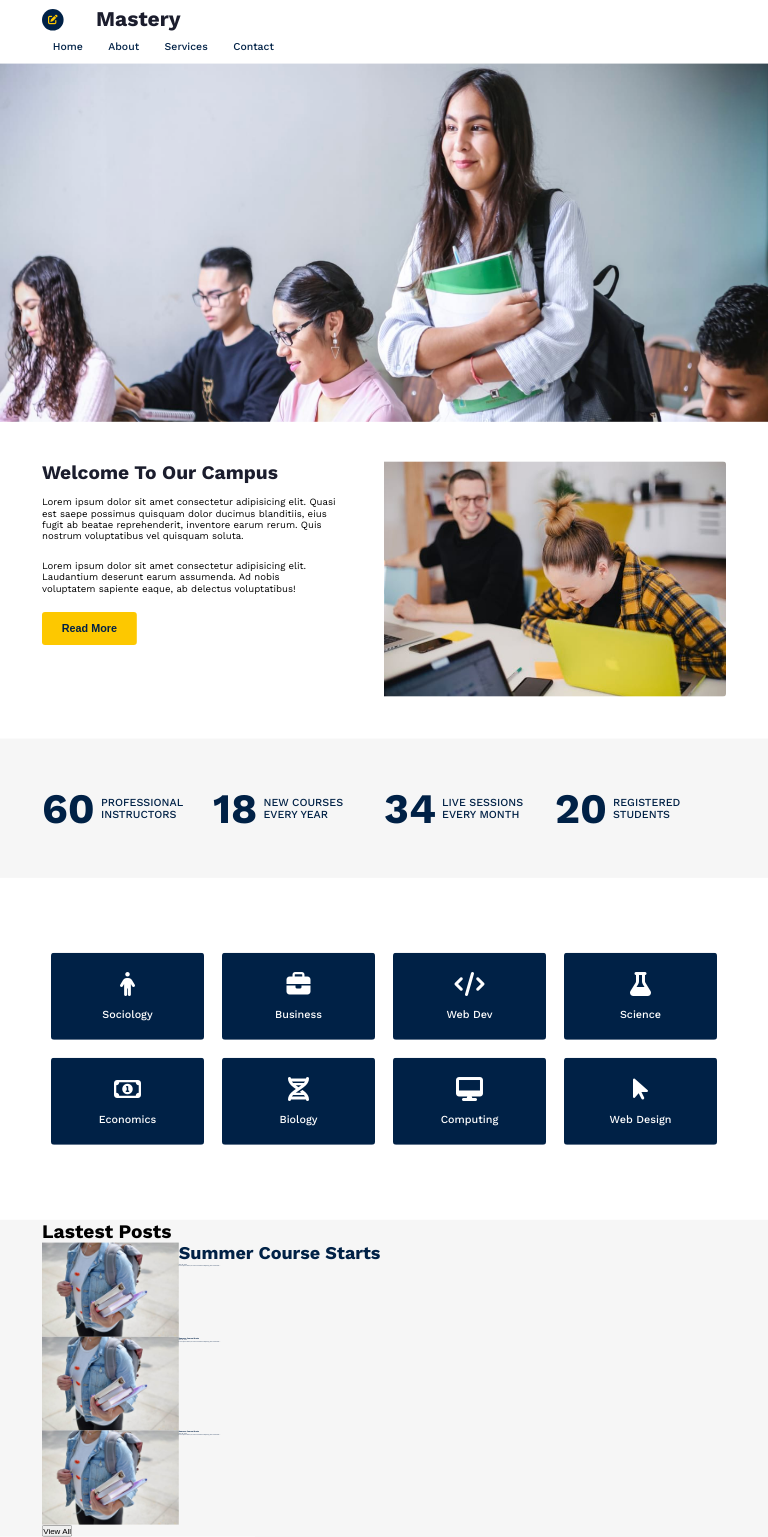
Repository: giahuy405/BC38__Mastery__Pham_Gia_Huy
Page: index.html
An editor plug-in stored every save of this project. The page is shown before and after the next save, followed by the edit.
The browser window is 1280 px wide. The pictures show the whole page, at 60% of full size.

Above is the page before, as saved 2022-09-10 01:16:04.

### index.html
<!DOCTYPE html>
<html lang="en">
<head>
    <meta charset="UTF-8">
    <meta http-equiv="X-UA-Compatible" content="IE=edge">
    <meta name="viewport" content="width=device-width, initial-scale=1.0">
    <title>Document</title>
    <link href="https://fonts.googleapis.com/css2?family=Montserrat:wght@300;400;500;700;900&family=Work+Sans:wght@300;400;500;700&display=swap" rel="stylesheet">
    <link rel="stylesheet" href="https://cdnjs.cloudflare.com/ajax/libs/font-awesome/6.2.0/css/all.min.css">
    <link rel="stylesheet" href="./index.css">
</head>
<body>
    <header>
        <div class="container">
            <i class="fa-solid fa-pen-to-square"></i>
            <div class="header__title">
                <h1>Mastery</h1>
            </div>
        </div>
    </header>
    <nav>
        <div class="container">
            <ul>
                <li><div class="wrapper"><span class="square individual"><a class="ninth before after"  href="#">Home</a></span></div></li>
                <li><div class="wrapper"><span class="square individual"><a class="ninth before after"  href="#">About</a></span></div></li>
                <li><div class="wrapper"><span class="square individual"><a class="ninth before after"  href="#">Services</a></span></div></li>
                <li><div class="wrapper"><span class="square individual"><a class="ninth before after"  href="#">Contact</a></span></div></li>
            </ul>
        </div>
    </nav>
    <div class="carousel">
        <img src="./img/carousel__website.png" alt="">
    </div>
    <div class="welcome container">
        <div class="welcome__content">
            <h1>Welcome To Our Campus</h1>
            <p>Lorem ipsum dolor sit amet consectetur adipisicing elit. Quasi est saepe possimus quisquam dolor ducimus blanditiis, eius fugit ab beatae reprehenderit, inventore earum rerum. Quis nostrum voluptatibus vel quisquam soluta.</p>

            <p>Lorem ipsum dolor sit amet consectetur adipisicing elit. Laudantium deserunt earum assumenda. Ad nobis voluptatem sapiente eaque, ab delectus voluptatibus!</p>
            <button>Read More</button>
        </div>
        <div class="welcome__img">
            <img src="./img/g1.jpg" alt="">
        </div>
        <div class="clear"></div>
    </div>
    <div class="information">
       <div class="container">
            <div class="information__content">
                <div class="information__title">
                    <h1>60</h1>
                </div>
                <div class="information__desc">
                    <p>PROFESSIONAL</p>
                    <p>INSTRUCTORS</p>
                </div>
                <div class="clear"></div>
            </div>
            <div class="information__content">
                <div class="information__title">
                    <h1>18</h1>
                </div>
                <div class="information__desc">
                    <p>NEW COURSES</p>
                    <p>EVERY YEAR</p>
                </div>
                <div class="clear"></div>
            </div>
            <div class="information__content">
                <div class="information__title">
                    <h1>34</h1>
                </div>
                <div class="information__desc">
                    <p>LIVE SESSIONS</p>
                    <p>EVERY MONTH</p>
                </div>
                <div class="clear"></div>
            </div>
            <div class="information__content">
                <div class="information__title">
                    <h1>20</h1>
                </div>
                <div class="information__desc">
                    <p>REGISTERED</p>
                    <p>STUDENTS</p>
                </div>
                <div class="clear"></div>
            </div>
            <div class="clear"></div>
       </div>
    </div>
    <div class="cards">
        <div class="container">
            <div class="cards-top">
                <div class="card">
                    <a href="#">
                        <div class="card__item">
                            <i class="fa-solid fa-person"></i>
                            <p>Sociology</p>
                        </div>
                    </a>
                </div>
                <div class="card">
                    <a href="#">
                        <div class="card__item">
                            <i class="fa-solid fa-briefcase"></i>
                            <p>Business</p>
                        </div>
                    </a>
                </div>
                <div class="card">
                   <a href="#">
                        <div class="card__item">
                            <i class="fa-solid fa-code"></i>
                            <p>Web Dev</p>
                        </div>
                   </a>
                </div>
                <div class="card">
                   <a href="#">
                        <div class="card__item">
                            <i class="fa-solid fa-flask"></i>
                            <p>Science</p>
                        </div>
                   </a>
                </div>
                <div class="clear"></div>
            </div>
            <div class="card-bottom">
                <div class="card">
                    <a href="#">
                        <div class="card__item">
                            <i class="fa-regular fa-money-bill-1"></i>
                            <p>Economics</p>
                        </div>
                    </a>
                </div>
                <div class="card">
                   <a href="#">
                        <div class="card__item">
                            <i class="fa-solid fa-dna"></i>
                            <p>Biology</p>
                        </div>
                   </a>
                </div>
                <div class="card">
                    <a  href="#">
                        <div class="card__item">
                            <i class="fa-solid fa-desktop"></i>
                            <p>Computing</p>
                        </div>
                    </a>
                </div>
                <div class="card">
                    <a href="#">
                        <div class="card__item">
                            <i class="fa-solid fa-arrow-pointer"></i>
                            <p>Web Design</p>
                        </div>
                    </a>
                </div>
                <div class="clear"></div>
            </div>
        </div>
    </div>
    <div class="news">
        <div class="container">
            <div class="news__lastest-post">
                <h1>Lastest Posts</h1>
                <div class="lastest-post__items">
                    <div class="lastest-post__item">
                        <a href="#" title="Click to learn more">
                            <img src="./img/g9.jpg" alt="">
                            <div class="lastest-post__desc">
                                <h2 style="font-size:30px ;">Summer Course Starts</h2>
                                <p>April 25, 2020</p>
                                <p>Lorem ipsum dolor, sit amet consectetur adipisicing elit. Assumenda...</p>
                            </div>
                            <div class="clear"></div>
                        </a>
                    </div>
                    <div class="lastest-post__item">
                        <a href="#">
                            <img src="./img/g9.jpg" alt="">
                            <div class="lastest-post__desc">
                                <h2>Summer Course Starts</h2>
                                <p>April 25, 2020</p>
                                <p>Lorem ipsum dolor, sit amet consectetur adipisicing elit. Assumenda...</p>
                            </div>
                            <div class="clear"></div>
                        </a>
                    </div>
                    <div class="lastest-post__item">
                        <a href="#" >
                            <img src="./img/g9.jpg" alt="">
                            <div class="lastest-post__desc">
                                <h2>Summer Course Starts</h2>
                                <p>April 25, 2020</p>
                                <p>Lorem ipsum dolor, sit amet consectetur adipisicing elit. Assumenda...</p>
                            </div>
                            <div class="clear"></div>
                        </a>
                    </div>
                </div>
                <button>View All</button>
            </div>
            <div class="news__upcoming__events">

            </div>
            <div class="clear"></div>
        </div>
    </div>

</body>
</html>

### index.css
*{
    padding: 0;
    margin: 0;
    box-sizing: border-box;
}
.clear{
    clear: both;
}
html{
    font-size: 16px;
    font-family: 'Work Sans', sans-serif;
}
.container{
    width: 1140px;
    margin: 0 auto;
}
header{
    position: relative;
    margin-top: 15px;
}
.header__title{
    display: inline-block;
     position: absolute;
     top: -4px;
    left: 160px;
}
.header__title h1{
    font-size: 35px;
    color: #1b1d2d;
}
header i{
    background-color: #002146;
    height: 36px;
    width: 36px;
    border-radius: 50%;
    color: #fdc800;
    text-align: center;
    padding-top: 9px;

}
nav ul{
    list-style: none;
    margin-top: 15px;
    margin-left: 18px;

}
nav li{
    display: inline;
    margin-right: 30px;
}

 /*  Hover for Navigation bar */
.wrapper{
    margin:2em 0;
    display: inline;
    font-size: 7px;
}
 a, a:visited, a:hover, a:active{
    -webkit-backface-visibility:hidden;
            backface-visibility:hidden;
      position:relative;
    transition:0.5s color ease;
      text-decoration:none;
      color:#002146;
      font-size:2px;
      font-weight: 500;
}
 a:hover{
    color:#fdc800;
}
 a.before:before, a.after:after{
content: "";
transition:0.5s all ease;
-webkit-backface-visibility:hidden;
        backface-visibility:hidden;
position:absolute;
}
 a.before:before{
top:-0.25em;
}
 a.after:after{
bottom:-0.25em;
}
 a.before:before, a.after:after{
height:5px;
height:0.2rem;
width:0;
background:#fdc800;
}
 a.first:after{
left:0;
}
 a.second:after{
right:0;
}
 a.third:after, a.sixth:before, a.sixth:after{
left:50%;
-webkit-transform:translateX(-50%);
        transform:translateX(-50%);
}
a.fourth:before, a.fourth:after{
left:0;
}
 a.fifth:before, a.fifth:after{
right:0;
}
 a.seventh:before{
right:0;
}
 a.seventh:after{
left:0;
}
 a.eigth:before{
left:0;
}
 a.eigth:after{
right:0;
}
a.before:hover:before, a.after:hover:after{
width:100%;
}
.square{
box-sizing:border-box;
margin-left:-0.4em;
position:relative;
font-size:2.5em;
overflow:hidden;
}
.square a{
position:static;
font-size:100%;
padding:0.2em 0.4em;
}
.square:before,.square:after{
content: "";
box-sizing:border-box;
transition:0.25s all ease;
-webkit-backface-visibility:hidden;
        backface-visibility:hidden;
position:absolute;
width: 5px;
width:0.2rem;
height:0;
background:#fdc800;
}
.square:before{
left:0;
bottom:-0.2em;
}
.square.individual:before{
transition-delay:0.6s;
}
.square:after{
right:0;
top:-0.2em;
}
.square.individual:after{
transition-delay:0.2s;
}
.square a:before{
left:0;
transition:0.25s all ease;
}
.square a:after{
right:0;
transition:0.25s all ease;
}
.square.individual a:after{
transition:0.25s all ease 0.4s;
}
.square:hover:before,.square:hover:after{
height:calc(100% + 0.4em);
}
.square:hover  a:before,.square:hover a:after{
width:100%;
}


/* CAROUSEL / SLIDER */
.carousel{
    width: 100%;
    margin-top: 20px;
}
.carousel img{
max-width: 100%;
height: 597px;
}


/* create WELCOME */
.welcome{
    margin-top: 62px;
    margin-bottom: 66px;
}
.welcome__content h1{
    margin-bottom: 20px;
    color: #1b1d2d;
}
.welcome__content{
    padding-right: 80px;
}
.welcome__content p{
    margin-bottom: 30px;
}
.welcome__content button{
    padding: 17px 33px;
    font-size: 18px;
    font-weight:700;
    color: #002146;
    background-color: #fdc800;
    border: none;
    border-radius: 5px;
    cursor: pointer;
    transition: all 0.2s;
}
.welcome__content button:hover{
    background-color: #002146;
    color: #fdc800;
    box-shadow: 5px 5px 10px black;
}
.welcome__content,.welcome__img{
    width: 50%;
    float: left;
}
.welcome__img img{
    width: 100%;
    border-top-right-radius: 5px;
    border-bottom-right-radius: 5px;
}


/* create INFORMATION  */
.information{
    background-color: #f6f6f6;
    padding: 75px 0;
    margin-bottom: 110px;
}
.information__content{
    float: left;
    width: 25%;
}
.information__content h1{
    display: inline-block;
    font-size: 70px;
    color: #002146;

}
.information__title,.information__desc{
    float: left;
}
.information__desc p:first-child{
    margin-top:20px;
}
.information__desc p{
    margin-left: 10px;
    font-size: 18px;
    color: #002146;
    font-weight: 500;
}


/* create CARDS */
.cards{
    margin-bottom: 110px;
}
.card{
    float: left;
    width: 25%;
    text-align: center;
    padding: 15px;
}
.card__item{
    background-color: #002146;
    padding: 32px 50px;
    border-radius: 5px;
}
.card__item i{
    color: white;
    font-size: 40px;
}
.card__item p{
    color: white;
    font-size: 18px;
    margin-top: 20px;
}
.card a{
    cursor: pointer;
    transition: all 0.2s;
}
.card a:hover{
    opacity: 0.7;
}
.card:hover{
    box-shadow: 1px 1px 10px  black;
    border-radius: 5px;
}


/* NEWS */
.news{
    background-color: #f6f6f6;
}
.news__lastest-post,.news__upcoming__events{
    float: left;
    width: 50%;
}
.lastest-post__item img{
    width: 158px;
}
.lastest-post__item a img{
    float: left;
    width: 40%;
}
.last-post__desc{
    float: left;
    width: 60%;
}
.last-post__desc h2{
    font-size: 40px;
}

After the next save:
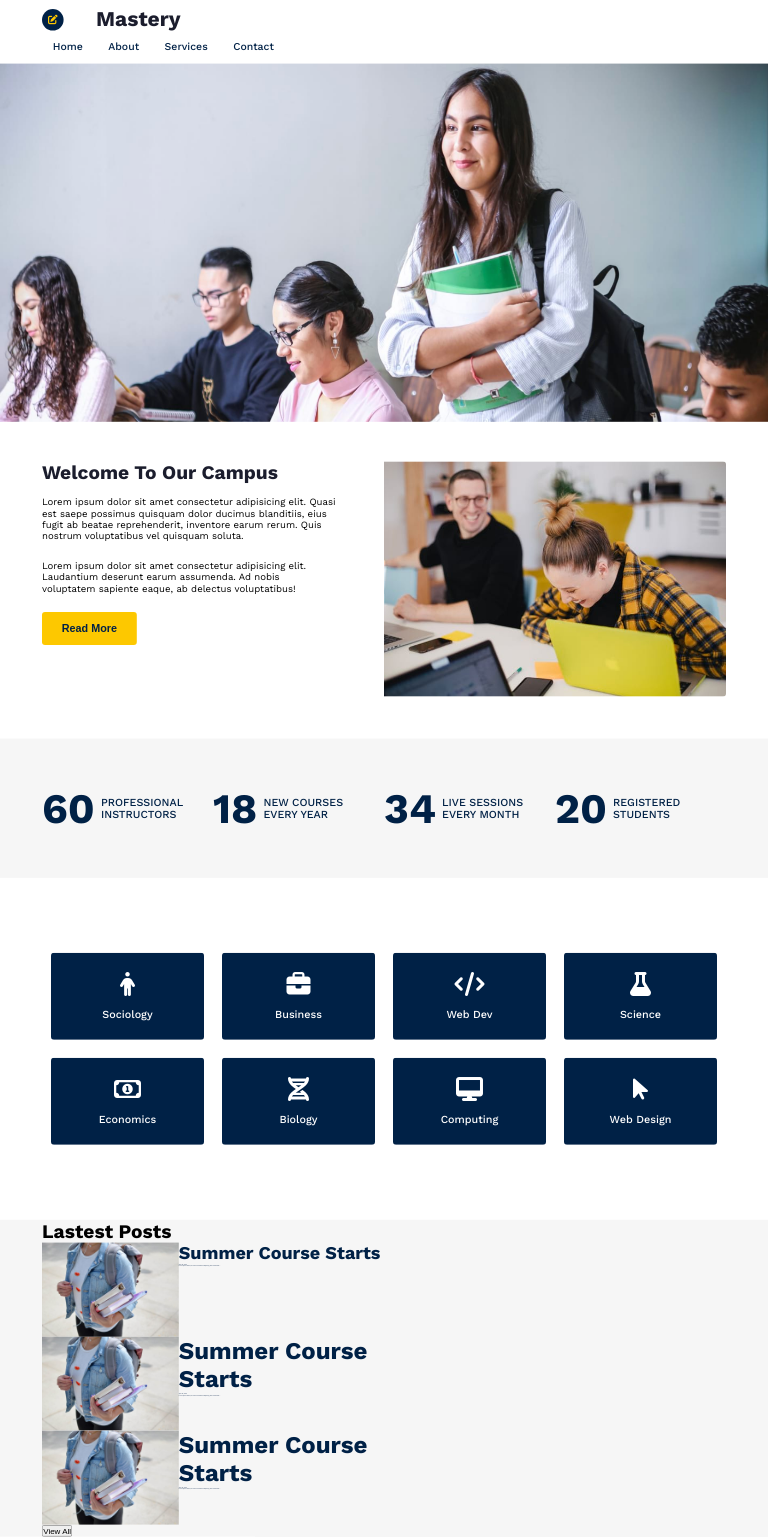
Saved 4 s later.
--- a/index.css
+++ b/index.css
@@ -315,6 +315,6 @@ height: 597px;
     float: left;
     width: 60%;
 }
-.last-post__desc h2{
+.lastest-post__desc h2{
     font-size: 40px;
 }
